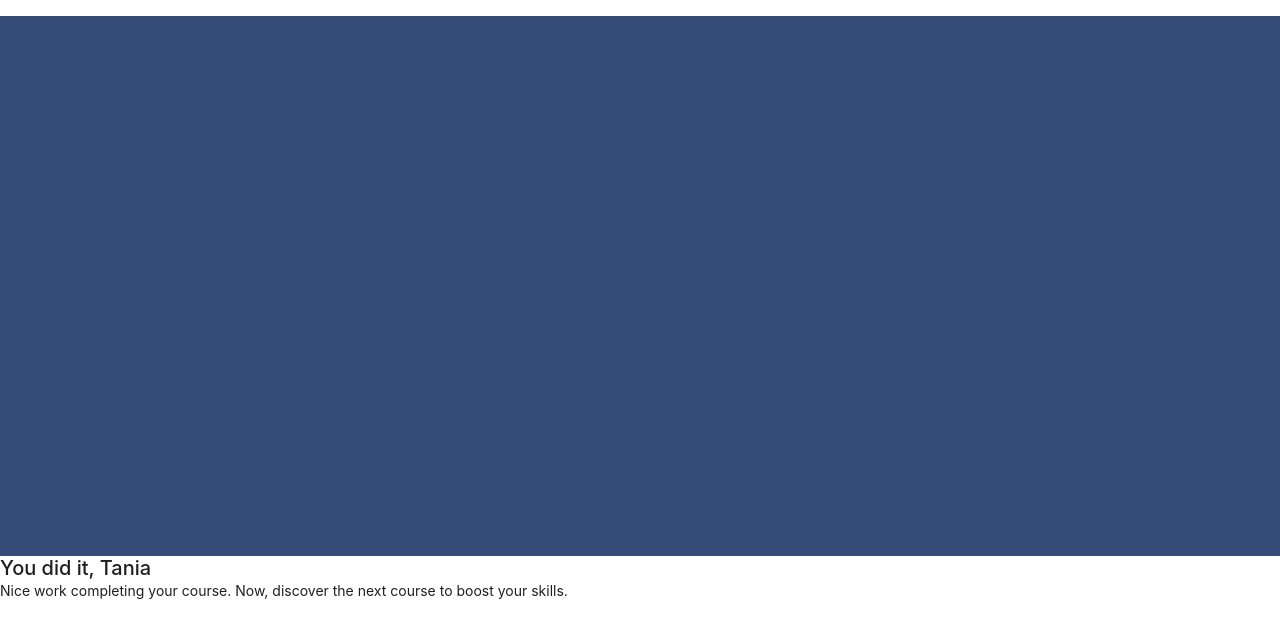
Repository: Taniafdes/newProject
Page: /
The author's editor kept a copy of each file at every save. The page is drawn from the files as they stood at one save, then again after a run of saves.
The browser window is 1280 px wide. The pictures show the whole page.
The project was rebuilt for these pictures with package versions that can differ from the ones it lists, and the page was loaded fresh each time. The framework's server and built-in components were replaced by stand-ins that run in the browser. Also part of the build but not shown: next.config.js.

Above is the page before, as saved 2023-06-15 16:34:09.

After the next 8 saves:
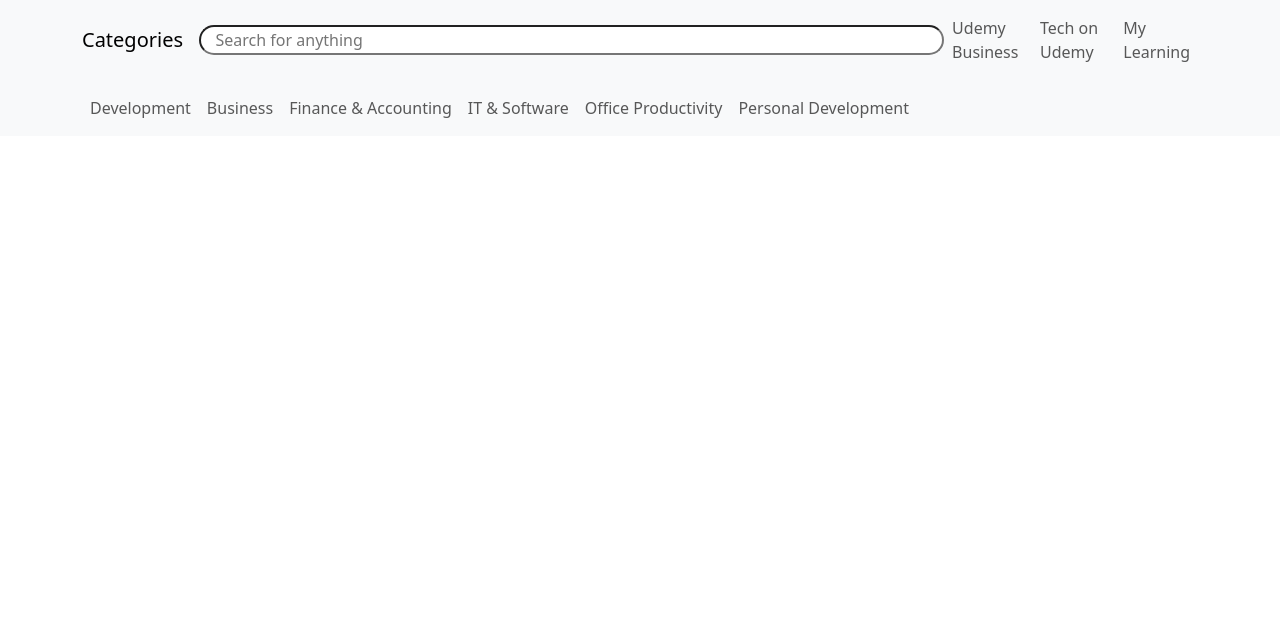
The 8 saves are shown as one change because 2 did not build or start and some came seconds apart.
The last was saved 48 s later.
--- a/components/MyFirst.js
+++ b/components/MyFirst.js
@@ -1,12 +1,11 @@
 import React from 'react'
 import Home from '../pages/home/home'
-import { Navbar } from 'react-bootstrap'
+import NavBarComponent from '../pages/home/navbar'
 
 function MyFirst() {
   return (
     <div>
-    <Navbar />
-      <Home />
+        <NavBarComponent />
     </div>
   )
 }
